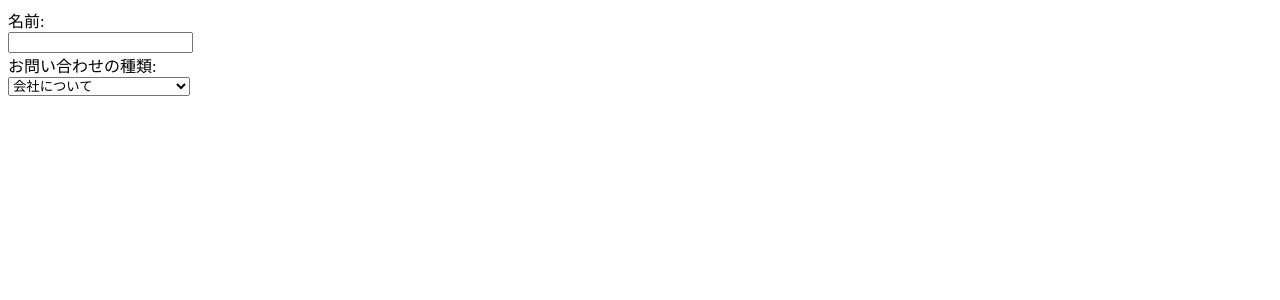
Repository: gjp373/test
Page: http://localhost/HelloServlet/inquiry.jsp
An editor plug-in stored every save of this project. The page is shown before and after the next save, followed by the edit.
The browser window is 1280 px wide. The pictures show the whole page.
The page is served by Tomcat 9.

Above is the page before, as saved 2018-03-07 08:55:46.

After the next save:
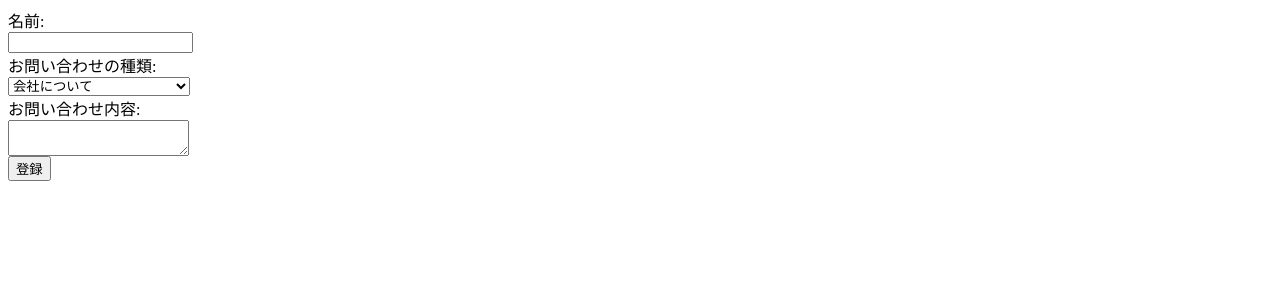
Saved 16 h 13 min later.
--- a/HelloServlet/WebContent/inquiry.jsp
+++ b/HelloServlet/WebContent/inquiry.jsp
@@ -18,7 +18,13 @@
     <option value="company">会社について</opction>
     <option value="product">製品について</option>
     <option value="support">アフターサポートについて</option>
-    </select>
+   </select>
+
+    <br>お問い合わせ内容:<br>
+    <textarea name="body">
+    </textarea>
+    <br>
+    <input type="submit" value="登録">
  </form>
 
 
